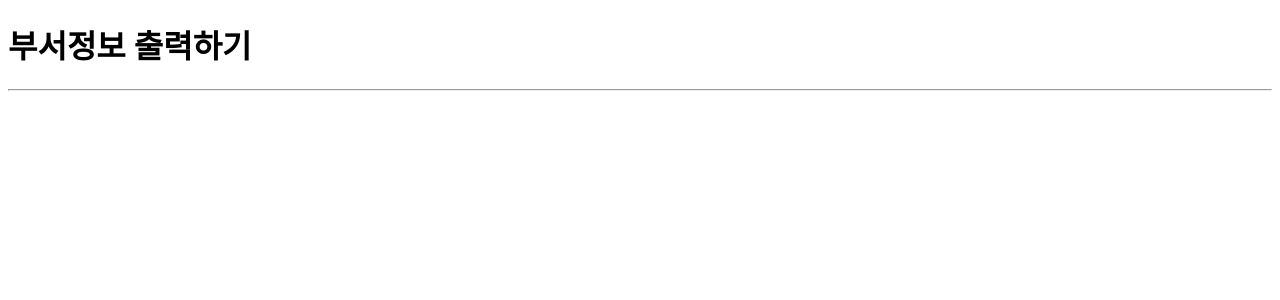
Repository: le-espiritu/Mul-cam_lecture
Page: http://localhost/erp/json/json_parse.jsp
An editor plug-in stored every save of this project. The page is shown before and after the next save, followed by the edit.
The browser window is 1280 px wide. The pictures show the whole page.
The page is served by Tomcat 9.

Above is the page before, as saved 2021-10-11 08:22:21.
Console error: TypeError: Cannot read properties of undefined (reading '1')

After the next save:
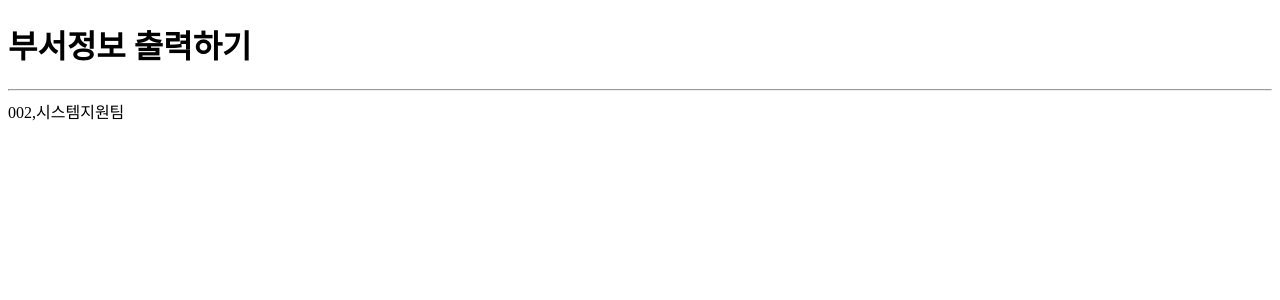
The error is gone.
Saved 3 min 5 s later.
--- a/springwork/erp/src/main/webapp/json/json_parse.jsp
+++ b/springwork/erp/src/main/webapp/json/json_parse.jsp
@@ -23,8 +23,13 @@
 			 '"tel":"02-770-3333"},'+
 			 '{"code":"004","name":"전산실","loc":"7층",'+
 			 '"tel":"02-770-4444"}]}';
+		//파싱되지 않은 json 문자열은 그대로 사용할 수 없다.
+		//document.write("<h3>name:"+deptlist.dept[1].name+"</h3>");
 
-		document.write("<h3>name:"+deptlist.dept[1].name+"</h3>");
+		//JSON파서의 parse()메소드를 이용해서 파싱 후에 작업 - 내장
+		var obj = JSON.parse(deptlist);
+		mydata = obj.dept[1].code+","+obj.dept[1].name;
+		document.getElementById("dept_parser").innerHTML = mydata;
 	</script>
 </body>
 </html>
